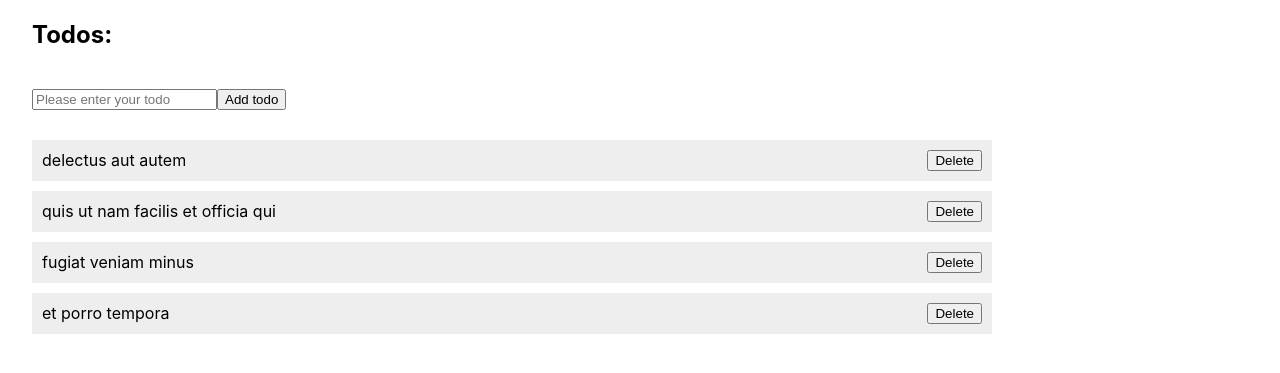
Repository: vhoreho/react
Page: / (app in myapp/)
These files come from the project's save history. The page is drawn as it stood at one moment and after a run of saves; the edit follows.
The browser window is 1280 px wide. The pictures show the whole page.
The project was rebuilt for these pictures with package versions that can differ from the ones it lists, and the page was loaded fresh each time.

Above is the page before, as saved 2022-08-08 21:56:38.

### myapp/src/App.js
import './App.css';
import Todos from './components/Todos';

function App() {
  return (
    <div className="App">
      <Todos />
    </div>
  );
}

export default App;

### myapp/src/App.css
.App {
  max-width: 960px;
  margin-inline: 2rem;
}

### myapp/src/components/Todos.js
import React, { useState } from 'react'
import TodoItem from './TodoItem';
import Input from './Input';

const initialState = [
    {
        "userId": 1,
        "id": 1,
        "title": "delectus aut autem",
        "completed": false
    },
    {
        "userId": 1,
        "id": 2,
        "title": "quis ut nam facilis et officia qui",
        "completed": false
    },
    {
        "userId": 1,
        "id": 3,
        "title": "fugiat veniam minus",
        "completed": false
    },
    {
        "userId": 1,
        "id": 4,
        "title": "et porro tempora",
        "completed": true
    },
]

export default function Todos() {
    const [todos, setTodos] = useState(initialState);

    function addTodo(todo) {
        let copy = [...todos];
        copy.push({
            userId: 1,
            id: Math.floor(Math.random() * 200),
            title: todo,
            completed: false
        });
        setTodos(copy)
    }

    function handleDeleteTodo(id) {
        let copy = [...todos];
        copy.filter(todo => todo.id !== id)
    }

    return (
        <div>
            <h2>Todos:</h2>
            <Input addTodo={addTodo} />
            <ul style={{
                listStyle: 'none',
                padding: 0,
                margin: 0
            }}>
                {todos.map(todo => <TodoItem key={todo.id} {...todo} deleteTodo={handleDeleteTodo} />)}
            </ul>
        </div>
    )
}

### myapp/src/components/TodoItem.js
import React from 'react'

export default function TodoItem(props) {
    const { id, copmpleted, title } = props;
    return (
        <li style={{
            background: '#eee',
            display: 'block',
            margin: '10px 0',
            padding: '10px',
            display: 'flex',
            justifyContent: 'space-between'
        }}>
            {title}
            <button>Delete</button>
        </li>
    )
}

### myapp/src/components/Input.js
import React, { useState } from 'react'

export default function Input({ addTodo }) {
  const [value, setValue] = useState('');
  function handleChange(event) {
    setValue(event.target.value)
  }

  function handleAddTodo() {
    addTodo(value)
  }

  return (
    <div>
      <input
        placeholder='Please enter your todo'
        style={{
          margin: '20px 0'
        }}
        value={value}
        onChange={handleChange}
      />
      <button onClick={handleAddTodo}>Add todo</button>
    </div>

  )
}

Loaded but not shown: myapp/public/index.html (common file); myapp/src/index.js (common file); myapp/src/index.css (common file)

After the next 2 saves:
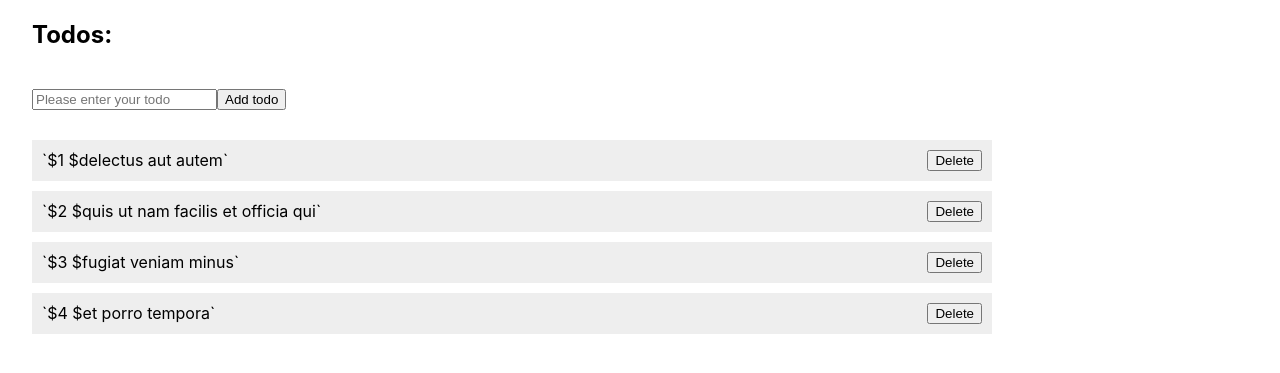
The 2 saves are shown as one change because 1 did not build or start.
The last was saved 67 s later.
--- a/myapp/src/components/TodoItem.js
+++ b/myapp/src/components/TodoItem.js
@@ -1,7 +1,7 @@
 import React from 'react'
 
 export default function TodoItem(props) {
-    const { id, copmpleted, title } = props;
+    const { id, copmpleted, title, deleteTodo } = props;
     return (
         <li style={{
             background: '#eee',
@@ -11,8 +11,8 @@
             display: 'flex',
             justifyContent: 'space-between'
         }}>
-            {title}
-            <button>Delete</button>
+            `${id} ${title}`
+            <button onClick={deleteTodo(id)}>Delete</button>
         </li>
     )
 }
